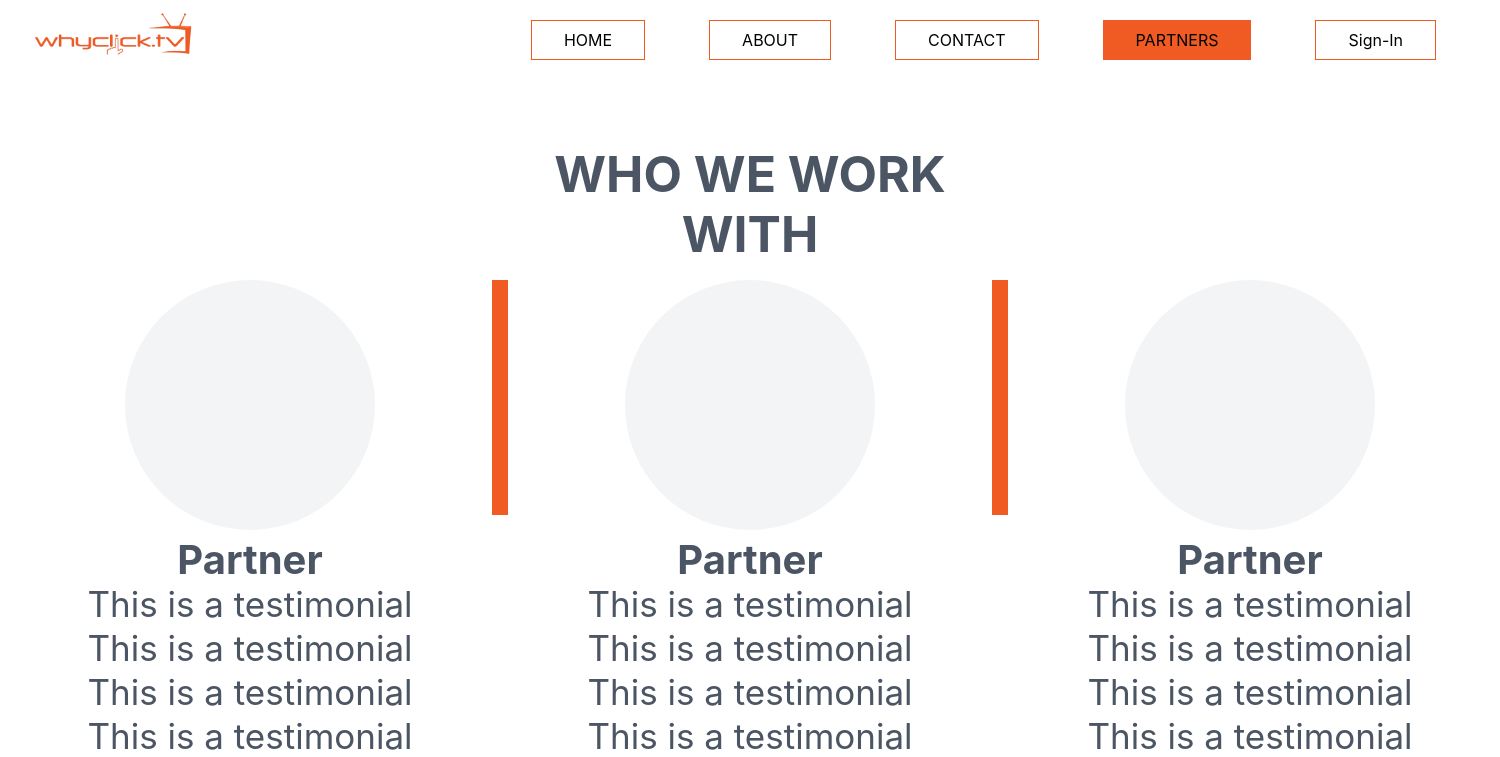
Repository: legenddev1202/whyclicktv
Page: /partners
An editor plug-in stored every save of this project. The page is shown before and after the next save, followed by the edit.
The browser window is 1280 px wide. The page is 1500 px wide, so the pictures cover 1500 px, including what lies to the right of the window. The pictures show the whole page.
The project was rebuilt for these pictures with package versions that can differ from the ones it lists, and the page was loaded fresh each time. Also part of the build but not shown: src/App.css, src/pages/home.js, src/pages/about.js, src/pages/contact.js, src/pages/referral.js.

Above is the page before, as saved 2022-04-18 22:34:55.

After the next save:
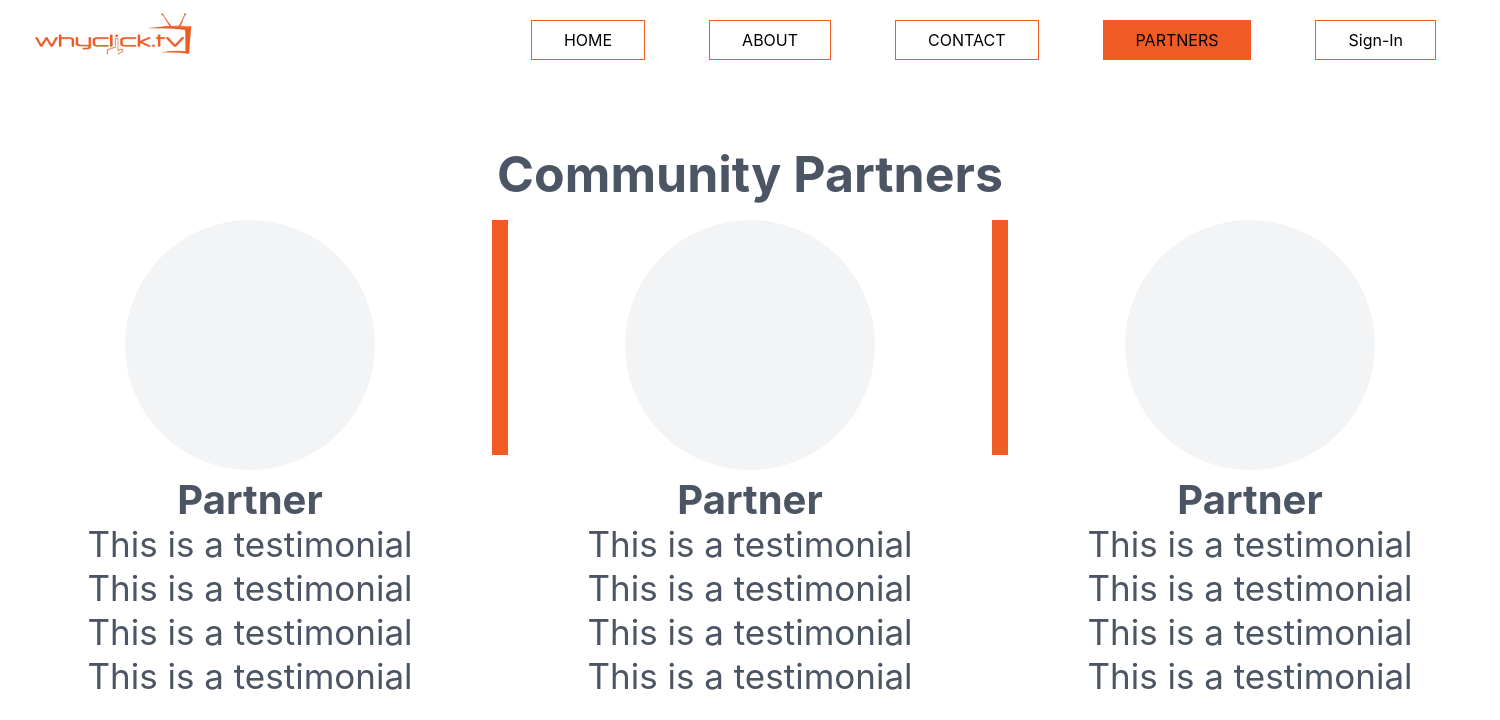
Saved 12 s later.
--- a/src/pages/partners.js
+++ b/src/pages/partners.js
@@ -50,9 +50,7 @@ function Partners() {
           className="text-center text-4xl font-bold text-gray-600"
           style={{ fontSize: 50, lineHeight: 1.2 }}
         >
-          WHO WE WORK
-          <br />
-          WITH
+          Community Partners
         </div>
         <div className="w-full flex mt-4">
           <div className="w-1/3 relative px-20 flex flex-col items-center">
